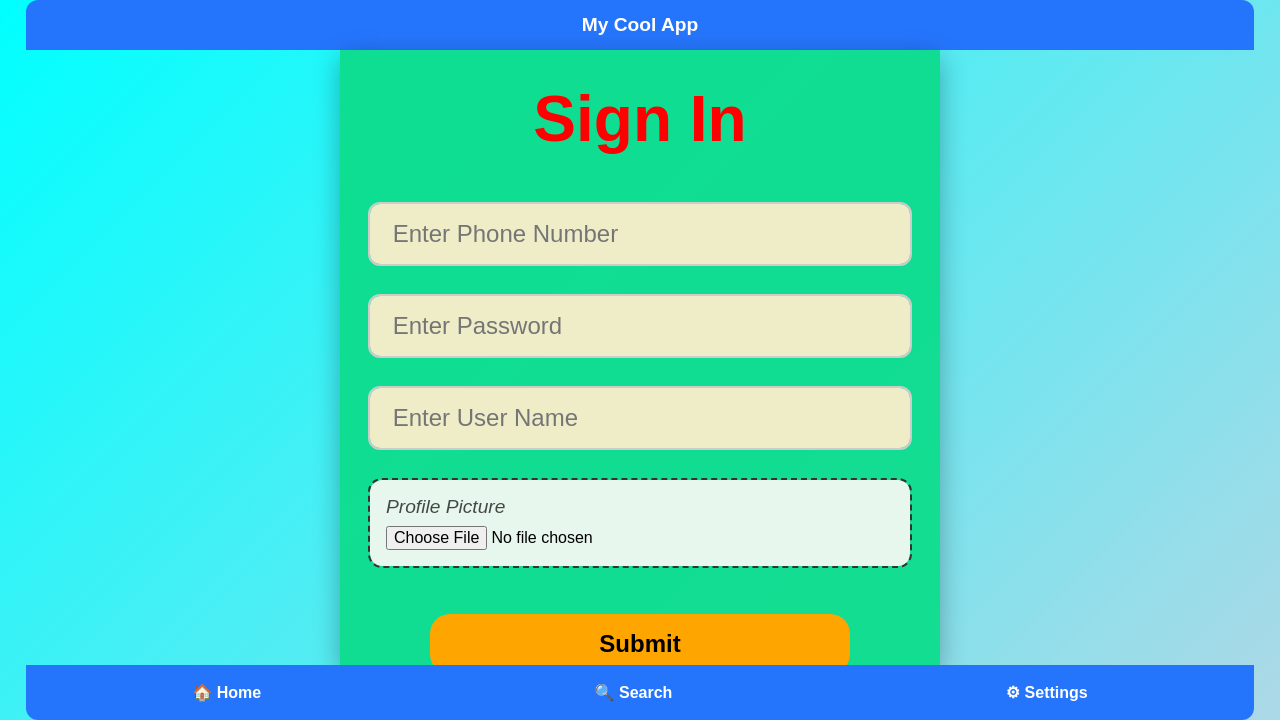
Repository: Amani-Kibet/express-app-web
Page: pages/signup/signIn.html
These files come from the project's save history. The page is drawn as it stood at one moment and after the next save; the edit follows.
The browser window is 1280 px wide. The pictures show the whole page.
An inner scrolling area shows only its first screen.

Above is the page before, as saved 2025-09-28 20:56:30.

After the next save:
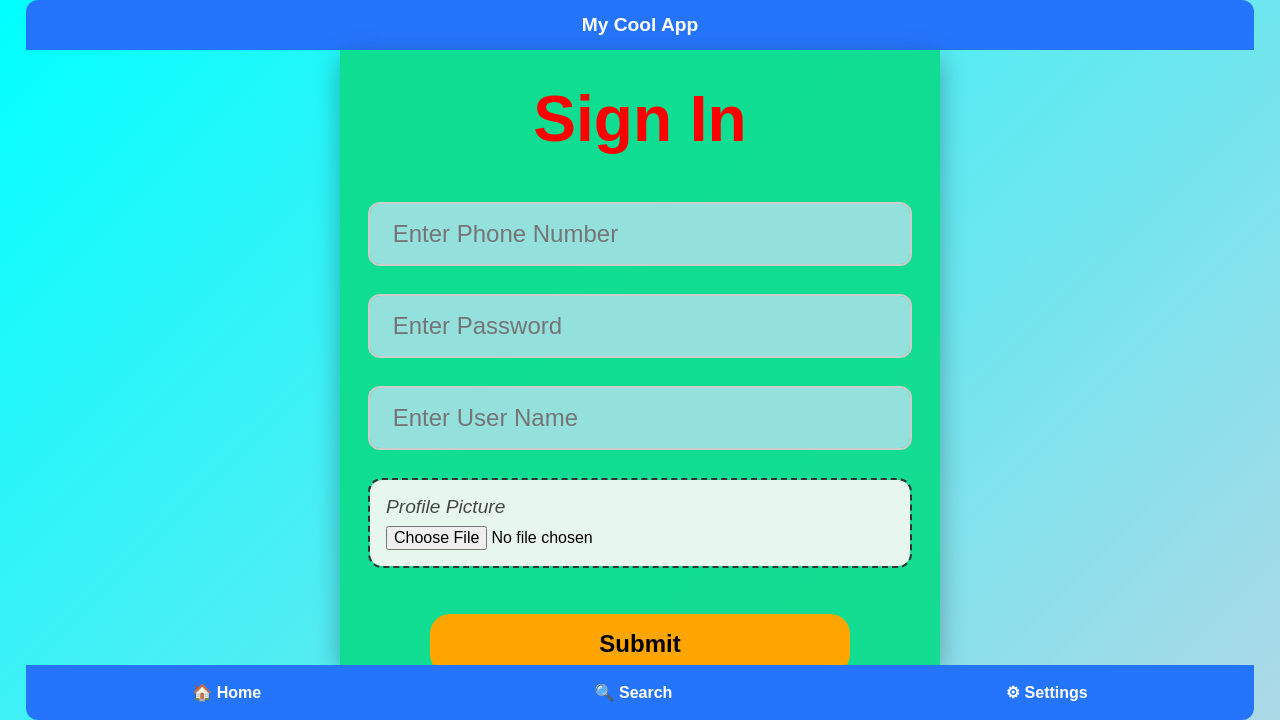
Saved 33 s later.
--- a/pages/signup/signIn.html
+++ b/pages/signup/signIn.html
@@ -96,7 +96,7 @@
       margin: 1rem 0;
       border-radius: 10px;
       font-size: clamp(1rem, 3vw, 1.5rem);
-      background-color: rgba(238, 237, 200, 1);
+      background-color: rgba(148, 224, 221, 1);
       border: none;
       outline: 2px solid #ccc;
       transition: 0.3s;
